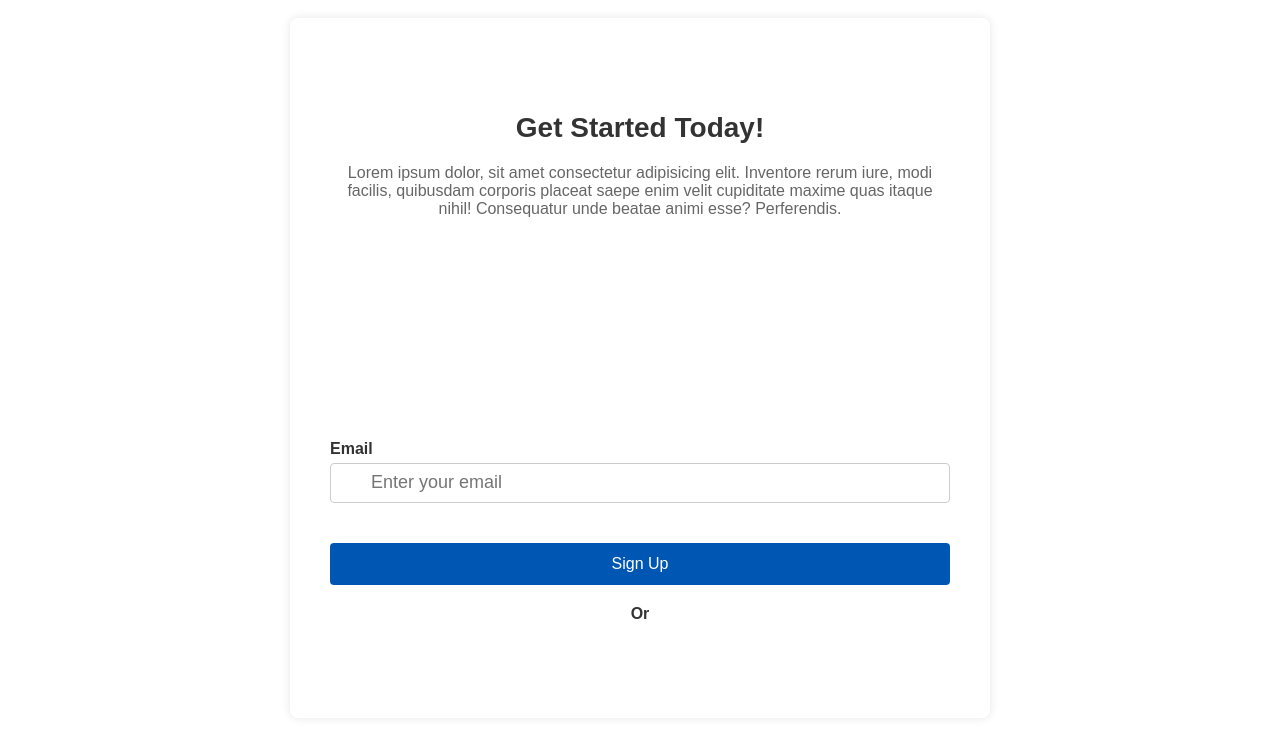
Repository: Femi007-gh/LOGIN-INTERFACE
Page: index.html
An editor plug-in stored every save of this project. The page is shown before and after a run of saves, followed by the edit.
The browser window is 1280 px wide. The pictures show the whole page.

Above is the page before, as saved 2025-01-21 07:00:11.

### index.html
<html>
  <head>
    <title></title>
    <link rel="stylesheet" href="style.css">
  </head>
  <body>
    <div class="container">
      <div class="left-session">
        <div class="form-container">
          <h1>Get Started Today!</h1>
          <p>Lorem ipsum dolor, sit amet consectetur adipisicing elit. Inventore rerum iure, modi facilis, quibusdam corporis placeat saepe enim velit cupiditate maxime quas itaque nihil! Consequatur unde beatae animi esse? Perferendis.</p>
          <form>
            <div class="inter-group">
              <p>Email</p>
              <input type="email" id="email" placeholder="Enter your email" class="email">
            </div>
           <button class="primary-btn" type="submit">
              Sign Up
            </button>
            </form>
            <p class="divider">Or</p>
            <div class="social-buttons">

      </div>
      <div class="right-section"></div>
    </div>
  </body>
</html>

### style.css
body {
  font-family: Arial, sans-serif;
  display: flex;
  justify-content: center;
  align-items: center;
  height: 100vh;
}

.container {
  display: flex;
  width: 700px;
  height: 700px;
  background-color: white;
  border-radius: 8px;
  box-shadow: 0 0 10px rgba(0, 0, 0, 0.1);
}

.left-session {
  flex: 1;
  padding: 40px;
  display: flex;
  flex-direction: column;
  justify-content: center;
}

.form-container {
  text-align: center;
}

h1 {
  font-size: 28px;
  margin-bottom: 20px;
  color: #333;
}

p {
  margin-bottom: 222;
  color: #666;
}

.inter-group {
  margin: 20px 0;
  text-align: left;
}

.inter-group p {
  margin-bottom: 5px;
  font-weight: bold;
  color: #333;
}

.input-wrapper {
  position: relative;
}

input[type="email"], input[type="text"] {
  width: 620px;
  height: 40px;
  border: 1px solid #ccc;
  border-radius: 4px;
  margin-bottom: 20px;
  padding-left: 40px;
  font-size: 18px;
}

.email-icon, .app-icon {
  position: absolute;
  left: 10px;
  top: 50%;
  transform: translateY(-50%);
  width: 20px;
  height: 20px;
}

.primary-btn {
  background-color: #0056b3;
  color: white;
  border: none;
  padding: 12px 20px;
  border-radius: 4px;
  cursor: pointer;
  font-size: 16px;
  width: 100%;
  display: flex;
  align-items: center;
  justify-content: center;
  transition: background-color 0.3s ease;
  margin-bottom:
}

.primary-btn:hover {
  background-color: #004494;
}

.primary-btn .message-icon {
  margin-right: 10px;
  width: 20px;
  height: 20px;
}

.divider {
  text-align: center;
  font-weight: bold;
  margin: 20px 0;
  color: #333;
}

.social-buttons {
  display: flex;
  flex-direction: column;
  gap: 15px;
}

.social-buttons .input-wrapper {
  background-color: transparent;
}

.center-text {
  text-align: center;
  margin-top: 20px;
  color: #333;
}

.center-text a {
  color: #0056b3;
  text-decoration: none;
  font-weight: bold;
}

.center-text a:hover {
  text-decoration: underline;
}

After the next 4 saves:
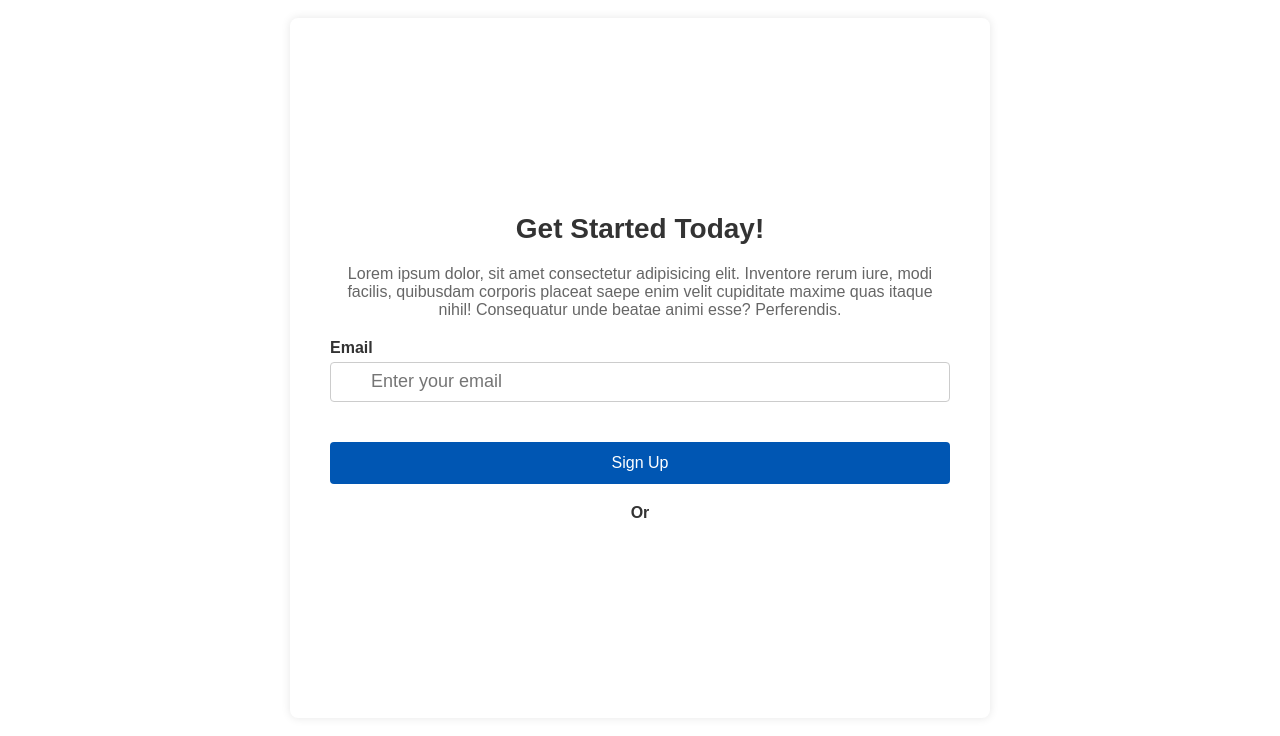
The 4 saves are shown as one change because they came seconds apart.
The last was saved 9 s later.
--- a/style.css
+++ b/style.css
@@ -34,7 +34,7 @@ h1 {
 }
 
 p {
-  margin-bottom: 222;
+  margin: 10px 0;
   color: #666;
 }
 
@@ -85,7 +85,6 @@ input[type="email"], input[type="text"] {
   align-items: center;
   justify-content: center;
   transition: background-color 0.3s ease;
-  margin-bottom:
 }
 
 .primary-btn:hover {
